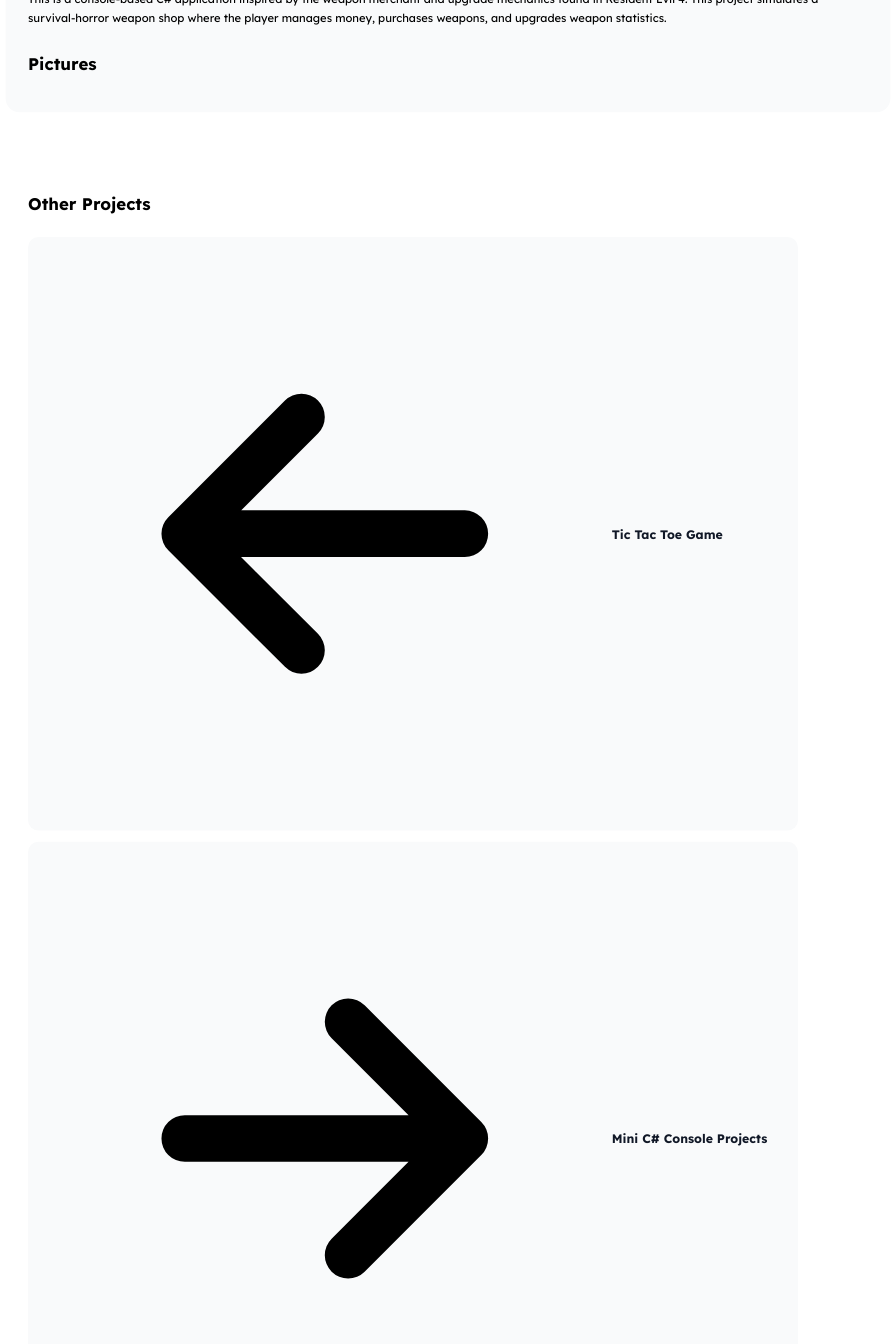
Repository: perrybalaba/perrybalaba
Page: pages/weapon-upgrade.html
An editor plug-in stored every save of this project. The page is shown before and after the next save, followed by the edit.
The browser window is 1280 px wide. The pictures show the part of the page from y = 449 to 2369 px (the page is 2901 px tall before and 1145 px after), at 70% of full size.

Above is the page before, as saved 2026-05-14 18:24:33.

After the next save:
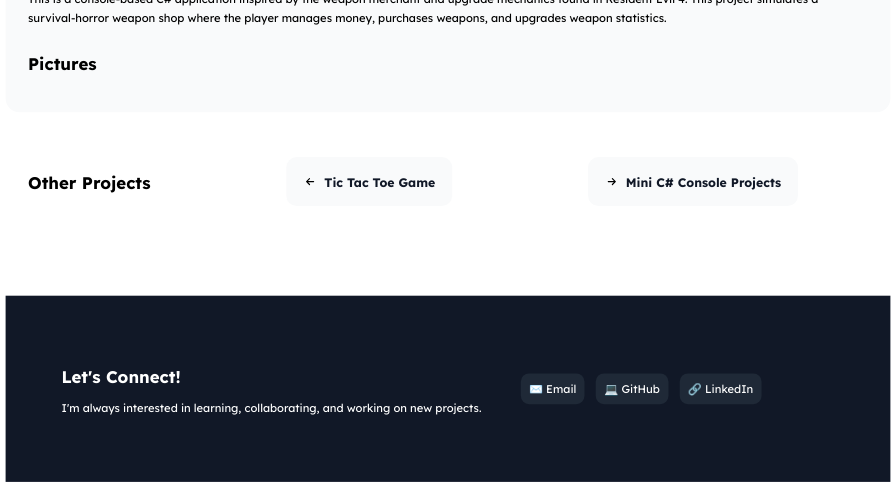
Saved 2 min 21 s later.
--- a/styles/projects.css
+++ b/styles/projects.css
@@ -82,6 +82,11 @@ nav ul li a:hover {
 /* OTHER PROJECTS */
 .Other-Projects {
     margin-top: 4rem;
+    display: flex;
+    justify-content: space-between;
+    align-items: center;
+    width: 100%;
+    margin-top: 2rem;
 }
 
 .Other-Projects h2 {
@@ -109,6 +114,20 @@ nav ul li a:hover {
     display:flex;
     align-items: center;
     gap: 10px;
+}
+
+.Other-Projects-Card img {
+    width: 20px;
+    height: 20px;
+    transition: transform 0.2s ease;
+}
+
+.Left-Card:hover img {
+    transform: translateX(-3px);
+}
+
+.Right-Card:hover img {
+    transform: translateX(3px);
 }
 
 /* CONTACT */
